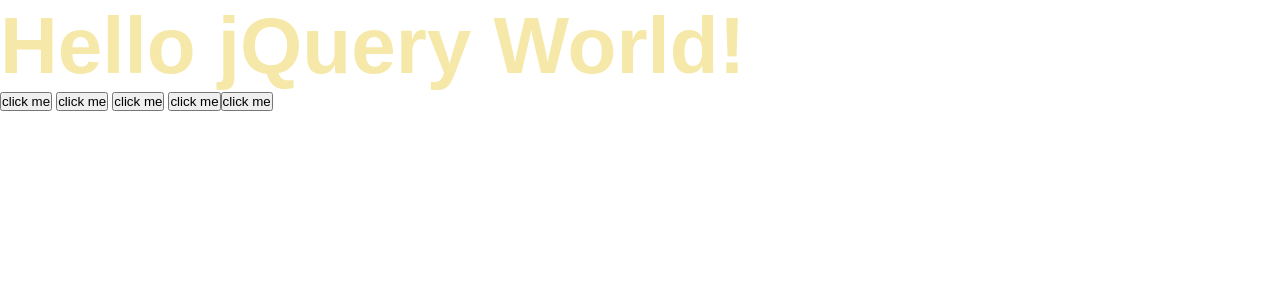
Repository: doncsar/yu-frontend-bootcamp
Page: 18-jQuery/index.html
These files come from the project's save history. The page is drawn as it stood at one moment and after the next save; the edit follows.
The browser window is 1280 px wide. The pictures show the whole page.

Above is the page before, as saved 2024-01-28 14:51:26.

After the next save:
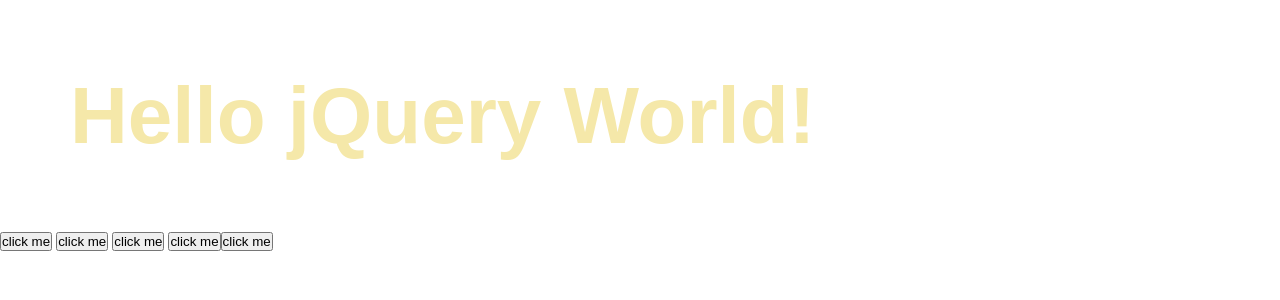
Saved 9 s later.
--- a/18-jQuery/style.css
+++ b/18-jQuery/style.css
@@ -10,7 +10,7 @@
    font-family: sans-serif;
 }
 
-m-50 {
+.m-50 {
    margin: 50px;
    padding: 20px;
 }
